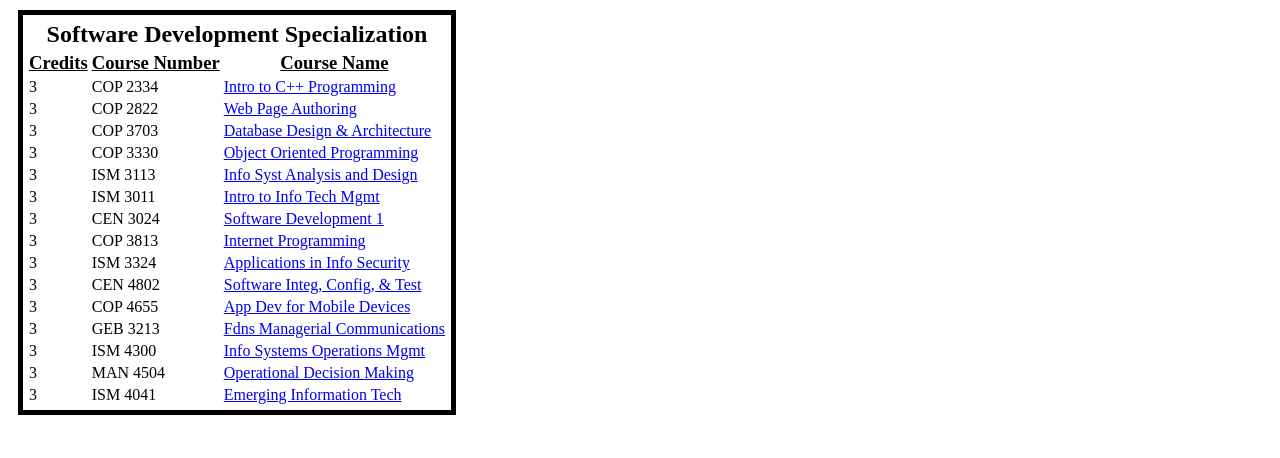
Repository: mlmEFSC21/P5-DegreeTableStyling
Page: FormattedProgramSpecialization1.html
An editor plug-in stored every save of this project. The page is shown before and after the next save, followed by the edit.
The browser window is 1280 px wide. The pictures show the whole page.
Some web fonts or font styles are not loaded; a fallback is used.

Above is the page before, as saved 2022-02-07 16:11:18.

### FormattedProgramSpecialization1.html
<!DOCTYPE html>
<html lang="en">
    <head>
        <meta charset="UTF-8" />
        <meta http-equiv="X-UA-Compatible" content="IE=edge" />
        <meta name="viewport" content="width=device-width, initial-scale=1.0" />
        <link rel="preconnect" href="https://fonts.googleapis.com" />
        <link rel="preconnect" href="https://fonts.gstatic.com" crossorigin />
        <link
            href="https://fonts.googleapis.com/css2?family=Spectral:wght@300&display=swap"
            rel="stylesheet"
        />
        <title>Degree Specialization Table</title>
    </head>
    <body>
        <table style="border: 5px solid black; text-align: center; margin: 10px; padding: 3px">
            <thead style="">
                <tr>
                    <th colspan="3" style="font-size: 18pt; font-weight: bold">
                        Software Development Specialization
                    </th>
                </tr>
                <tr style="font-size: 14pt; text-decoration: underline">
                    <th>Credits</th>
                    <th>Course Number</th>
                    <th>Course Name</th>
                </tr>
            </thead>
            <tbody style="font-size: 12pt; text-align: left">
                <tr>
                    <td>3</td>
                    <td>COP 2334</td>
                    <td>
                        <a
                            href="https://bannerweb.easternflorida.edu/prod/bwckctlg.p_disp_course_detail?cat_term_in=202210&subj_code_in=COP&crse_numb_in=2334"
                            >Intro to C++ Programming</a
                        >
                    </td>
                </tr>
                <tr>
                    <td>3</td>
                    <td>COP 2822</td>
                    <td>
                        <a
                            href="https://bannerweb.easternflorida.edu/prod/bwckctlg.p_disp_course_detail?cat_term_in=202210&subj_code_in=COP&crse_numb_in=2822"
                            >Web Page Authoring</a
                        >
                    </td>
                </tr>
                <tr>
                    <td>3</td>
                    <td>COP 3703</td>
                    <td>
                        <a
                            href="https://bannerweb.easternflorida.edu/prod/bwckctlg.p_disp_course_detail?cat_term_in=202210&subj_code_in=COP&crse_numb_in=3703"
                            >Database Design & Architecture</a
                        >
                    </td>
                </tr>
                <tr>
                    <td>3</td>
                    <td>COP 3330</td>
                    <td>
                        <a
                            href="https://bannerweb.easternflorida.edu/prod/bwckctlg.p_disp_course_detail?cat_term_in=202210&subj_code_in=COP&crse_numb_in=3330"
                            >Object Oriented Programming</a
                        >
                    </td>
                </tr>
                <tr>
                    <td>3</td>
                    <td>ISM 3113</td>
                    <td>
                        <a
                            href="https://bannerweb.easternflorida.edu/prod/bwckctlg.p_disp_course_detail?cat_term_in=202210&subj_code_in=ISM&crse_numb_in=3113"
                            >Info Syst Analysis and Design</a
                        >
                    </td>
                </tr>
                <tr>
                    <td>3</td>
                    <td>ISM 3011</td>
                    <td>
                        <a
                            href="https://bannerweb.easternflorida.edu/prod/bwckctlg.p_disp_course_detail?cat_term_in=202210&subj_code_in=ISM&crse_numb_in=3011"
                            >Intro to Info Tech Mgmt</a
                        >
                    </td>
                </tr>
                <tr>
                    <td>3</td>
                    <td>CEN 3024</td>
                    <td>
                        <a
                            href="https://bannerweb.easternflorida.edu/prod/bwckctlg.p_disp_course_detail?cat_term_in=202210&subj_code_in=CEN&crse_numb_in=3024"
                            >Software Development 1</a
                        >
                    </td>
                </tr>
                <tr>
                    <td>3</td>
                    <td>COP 3813</td>
                    <td>
                        <a
                            href="https://bannerweb.easternflorida.edu/prod/bwckctlg.p_disp_course_detail?cat_term_in=202210&subj_code_in=COP&crse_numb_in=3813"
                            >Internet Programming</a
                        >
                    </td>
                </tr>
                <tr>
                    <td>3</td>
                    <td>ISM 3324</td>
                    <td>
                        <a
                            href="https://bannerweb.easternflorida.edu/prod/bwckctlg.p_disp_course_detail?cat_term_in=202210&subj_code_in=ISM&crse_numb_in=3324"
                            >Applications in Info Security</a
                        >
                    </td>
                </tr>
                <tr>
                    <td>3</td>
                    <td>CEN 4802</td>
                    <td>
                        <a
                            href="https://bannerweb.easternflorida.edu/prod/bwckctlg.p_disp_course_detail?cat_term_in=202210&subj_code_in=CEN&crse_numb_in=4802"
                            >Software Integ, Config, & Test</a
                        >
                    </td>
                </tr>
                <tr>
                    <td>3</td>
                    <td>COP 4655</td>
                    <td>
                        <a
                            href="https://bannerweb.easternflorida.edu/prod/bwckctlg.p_disp_course_detail?cat_term_in=202210&subj_code_in=COP&crse_numb_in=4655"
                            >App Dev for Mobile Devices</a
                        >
                    </td>
                </tr>
                <tr>
                    <td>3</td>
                    <td>GEB 3213</td>
                    <td>
                        <a
                            href="https://bannerweb.easternflorida.edu/prod/bwckctlg.p_disp_course_detail?cat_term_in=202210&subj_code_in=GEB&crse_numb_in=3213"
                            >Fdns Managerial Communications</a
                        >
                    </td>
                </tr>
                <tr>
                    <td>3</td>
                    <td>ISM 4300</td>
                    <td>
                        <a
                            href="https://bannerweb.easternflorida.edu/prod/bwckctlg.p_disp_course_detail?cat_term_in=202210&subj_code_in=ISM&crse_numb_in=4300"
                            >Info Systems Operations Mgmt</a
                        >
                    </td>
                </tr>
                <tr>
                    <td>3</td>
                    <td>MAN 4504</td>
                    <td>
                        <a
                            href="https://bannerweb.easternflorida.edu/prod/bwckctlg.p_disp_course_detail?cat_term_in=202210&subj_code_in=MAN&crse_numb_in=4504"
                            >Operational Decision Making</a
                        >
                    </td>
                </tr>
                <tr>
                    <td>3</td>
                    <td>ISM 4041</td>
                    <td>
                        <a
                            href="https://bannerweb.easternflorida.edu/prod/bwckctlg.p_disp_course_detail?cat_term_in=202210&subj_code_in=ISM&crse_numb_in=4041"
                            >Emerging Information Tech</a
                        >
                    </td>
                </tr>
            </tbody>
        </table>
    </body>
</html>

After the next save:
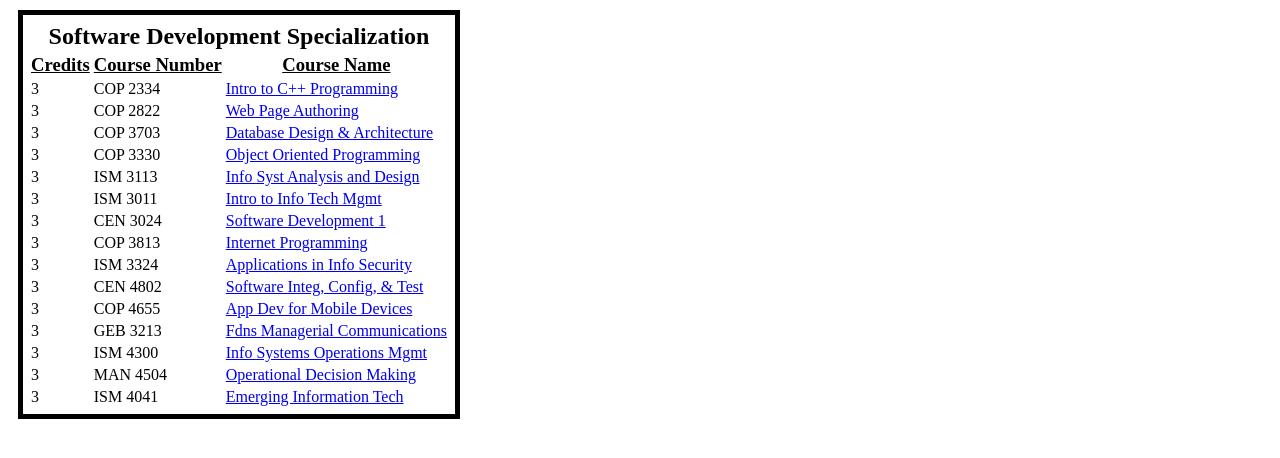
Saved 9 s later.
--- a/FormattedProgramSpecialization1.html
+++ b/FormattedProgramSpecialization1.html
@@ -13,7 +13,7 @@
         <title>Degree Specialization Table</title>
     </head>
     <body>
-        <table style="border: 5px solid black; text-align: center; margin: 10px; padding: 3px">
+        <table style="border: 5px solid black; text-align: center; margin: 10px; padding: 5px">
             <thead style="">
                 <tr>
                     <th colspan="3" style="font-size: 18pt; font-weight: bold">
